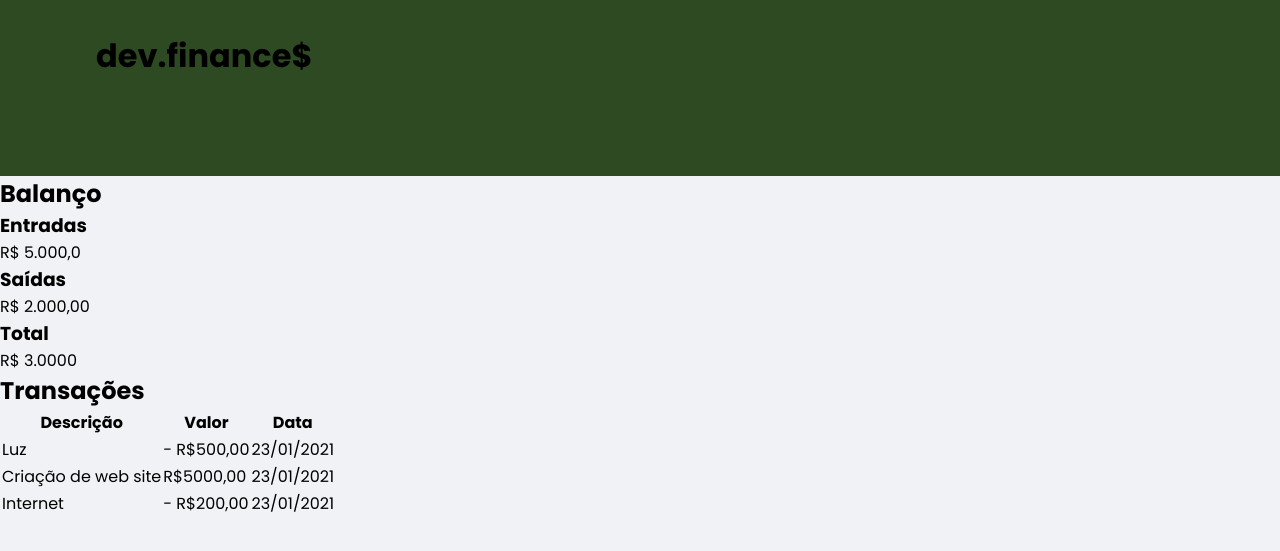
Repository: rafaelmgr12/maratona-dev01
Page: index.html
An editor plug-in stored every save of this project. The page is shown before and after the next save, followed by the edit.
The browser window is 1280 px wide. The pictures show the whole page.

Above is the page before, as saved 2021-04-26 20:12:43.

After the next save:
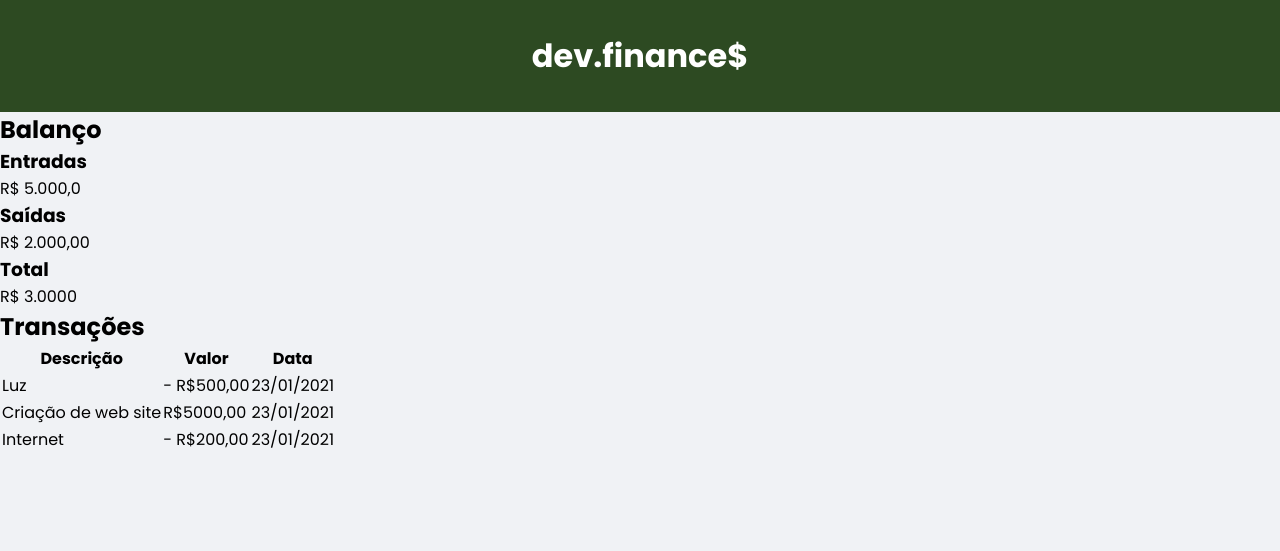
Saved 2 min 7 s later.
--- a/style.css
+++ b/style.css
@@ -11,9 +11,12 @@ body{
 /* Header ======================================== */
 header{
     background: #2d4a22;
-    padding: 2rem 2rem 6rem 6rem;
+    padding: 2rem 0;
+    text-align: center;
 
 }
 
-header h1 {
+#logo {
+    color : white;
+
 }
